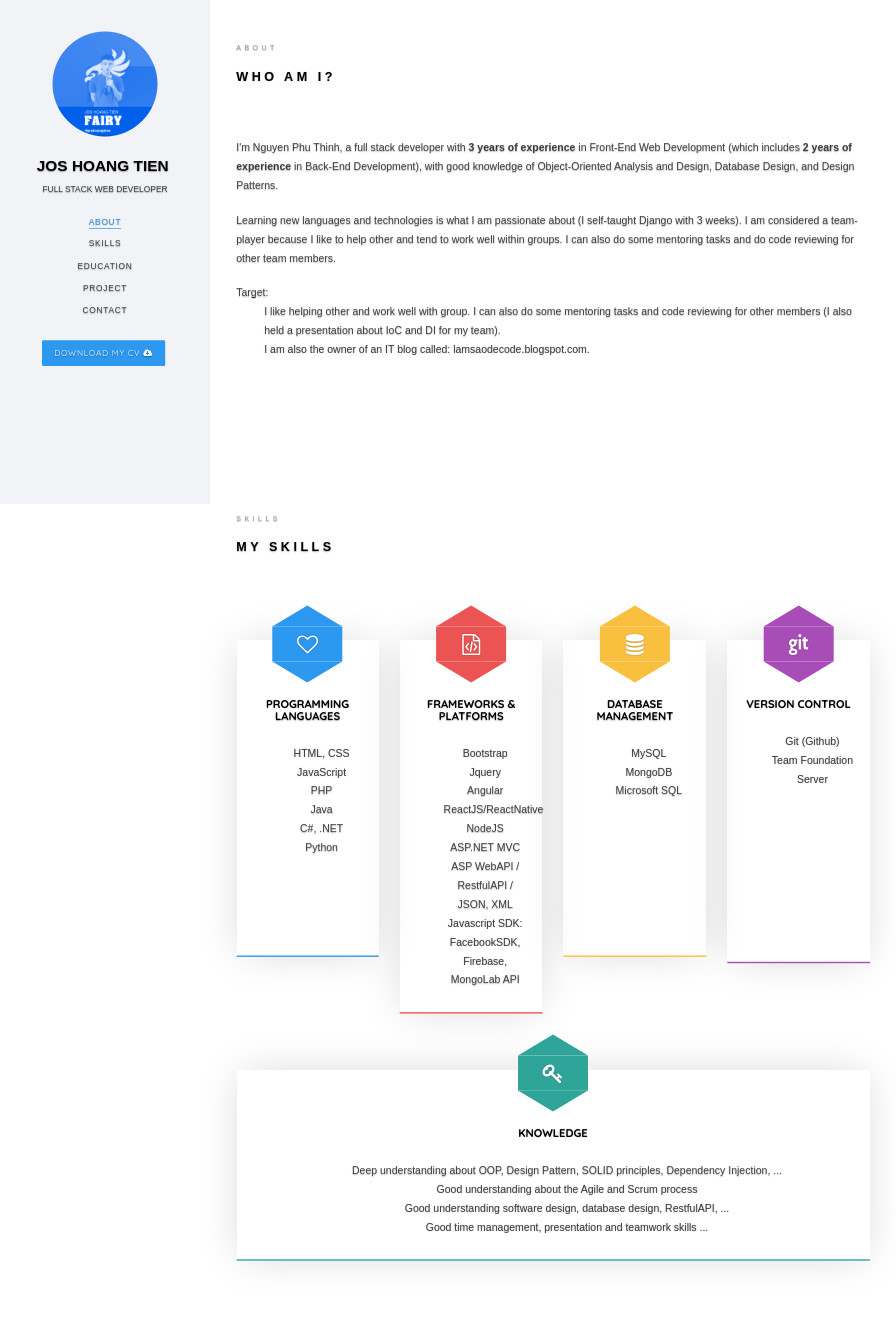
Repository: thinhnpptit/my-cv
Page: index.html
The author's editor kept a copy of each file at every save. The page is drawn from the files as they stood at one save, then again after the next save.
The browser window is 1280 px wide. The pictures show the part of the page from y = 0 to 1920 px (the page is 4524 px tall before and 4406 px after), at 70% of full size.
Some web fonts or font styles are not loaded; a fallback is used.

Above is the page before, as saved 2021-06-22 22:00:39.
Console error: TypeError: $(...).stick_in_parent is not a function

After the next save:
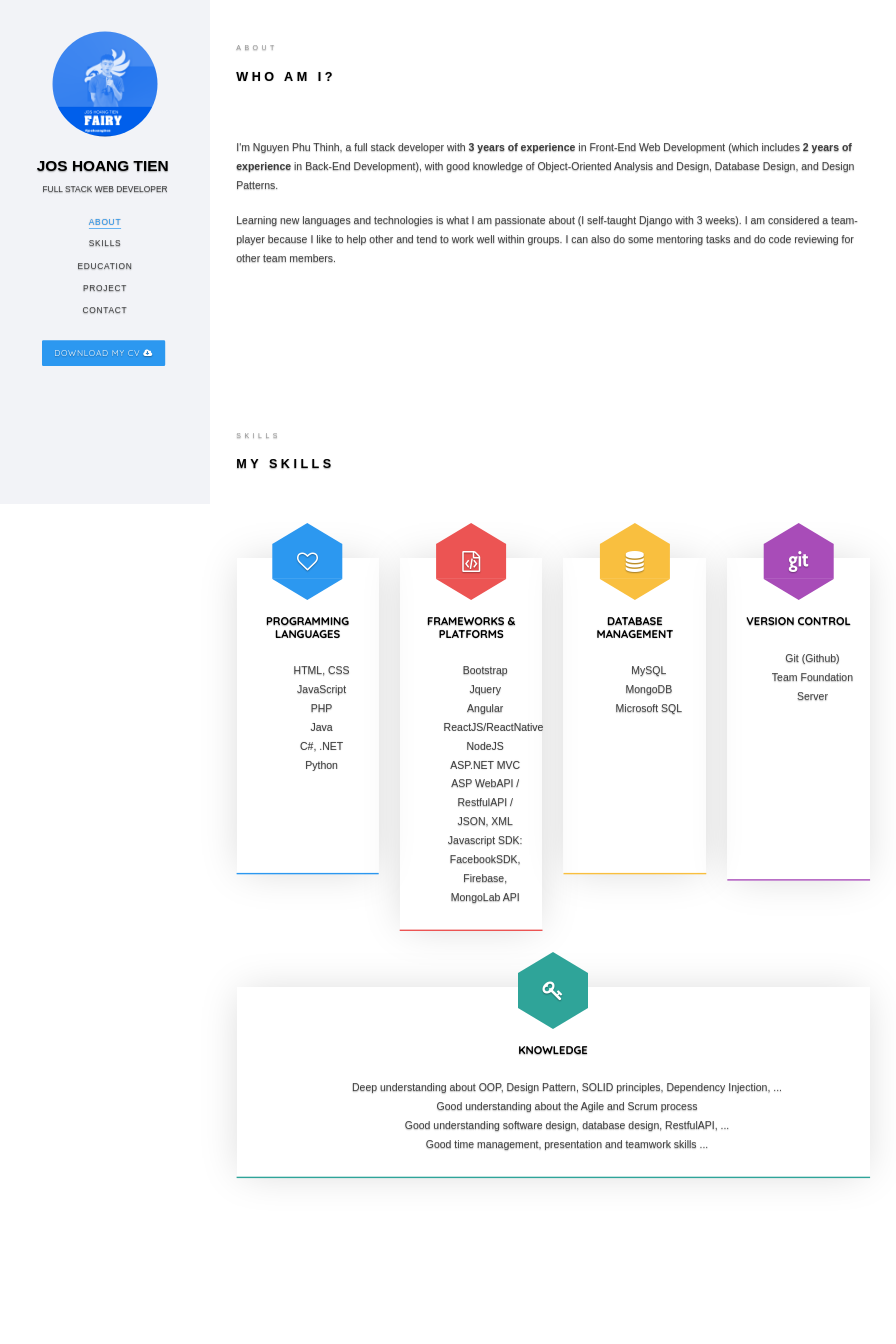
Saved 2 min 27 s later.
--- a/index.html
+++ b/index.html
@@ -94,11 +94,7 @@
 										<p>I'm Nguyen Phu Thinh, a full stack developer with <strong>3 years of experience</strong> in Front-End Web Development (which includes <strong>2 years of experience</strong> in Back-End Development), with good knowledge of Object-Oriented
 											Analysis and Design, Database Design, and Design Patterns.</p>
 										<p>Learning new languages and technologies is what I am passionate about (I self-taught Django with 3 weeks). I am considered a team-player because I like to help other and tend to work well within groups. I can also do some mentoring tasks and do code reviewing for other team members.</p>
-										<span>Target:
-											<ul>
-												<li>I like helping other and work well with group. I can also do some mentoring tasks and code reviewing for other members (I also held a presentation about IoC and DI for my team).</li>
-												<li>I am also the owner of an IT blog called: lamsaodecode.blogspot.com.</li>
-											</ul>
+										<!-- <span>Target: -->
 										</span>
 									</div>
 								</div>
